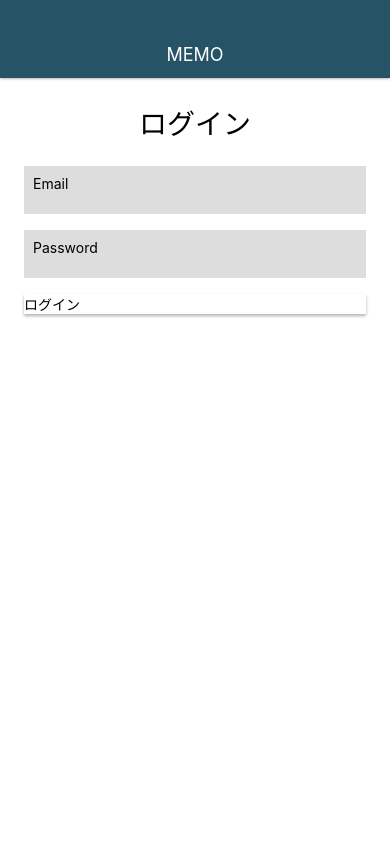
Repository: NagataRyuji0630/memo_app_for_reactNative
Screen: /
The author's editor kept a copy of each file at every save. The screen is drawn from the files as they stood at one save, then again after the next save.
The app was drawn by React Native's web renderer in a window 390 px wide. The project was rebuilt for these pictures with package versions that can differ from the ones it lists, and the page was loaded fresh each time. Some packages were replaced by stand-ins written for this rebuild. Also part of the build but not shown: src/components/MemoList.jsx, src/elements/CircleBtn.jsx, src/screens/MemoListScreen.jsx, src/screens/MemoDetailScreen.jsx, src/screens/MemoEditScreen.jsx.

Above is the screen before, as saved 2020-05-15 08:43:29.

After the next save:
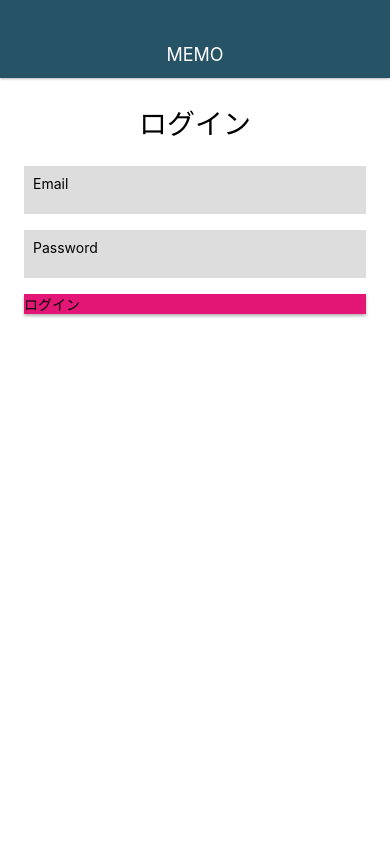
Saved 13 s later.
--- a/src/screens/LoginScreen.jsx
+++ b/src/screens/LoginScreen.jsx
@@ -29,6 +29,7 @@ const styles = StyleSheet.create({
         shadowOffset: { width: 0, height: 2 },
         shadowOpacity: 0.3,
         shadowRadius: 3,
+        backgroundColor: '#E31675',
 
     }
 
